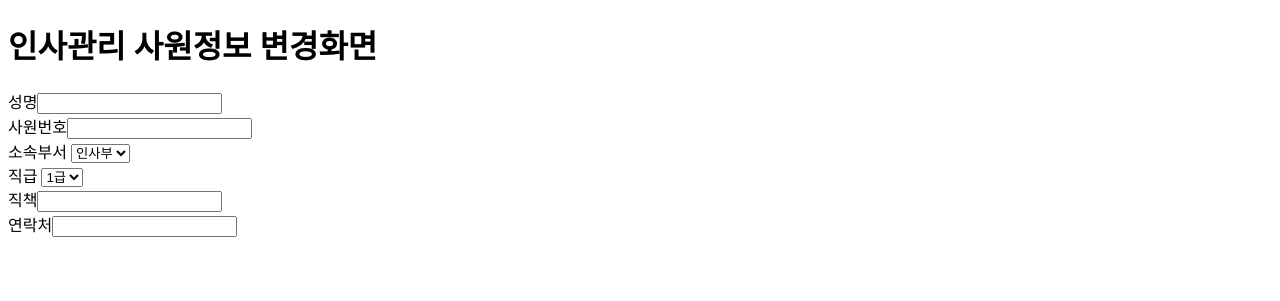
Repository: Namyunha/Oracle-Study
Page: http://localhost/test1_practice/updateMemberForm.jsp
These files come from the project's save history. The page is drawn as it stood at one moment and after the next save; the edit follows.
The browser window is 1280 px wide. The pictures show the whole page.
The page is served by Tomcat 9.

Above is the page before, as saved 2023-08-04 13:03:07.

After the next save:
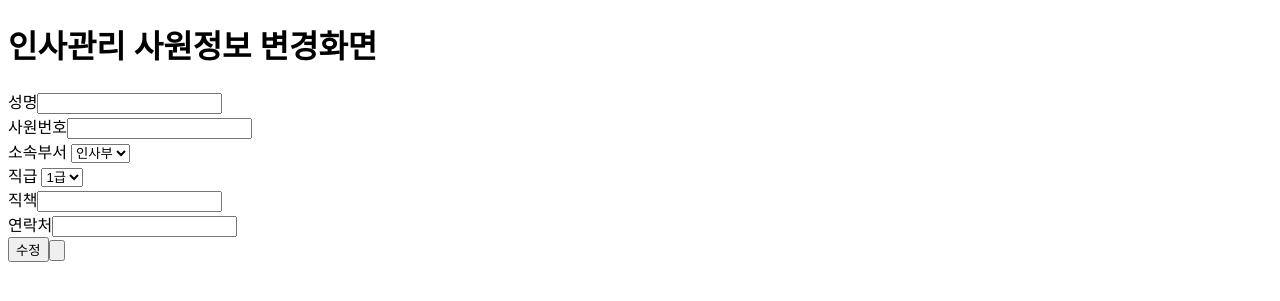
Saved 2 min 5 s later.
--- a/test1_practice/src/main/webapp/updateMemberForm.jsp
+++ b/test1_practice/src/main/webapp/updateMemberForm.jsp
@@ -29,7 +29,8 @@
 		</select>
 		<br>
 		<label for="duty">직책</label><input id="duty" name="duty" type="text"><br>
-		<label for="phone">연락처</label><input id="phone" name="phone" type="text">
+		<label for="phone">연락처</label><input id="phone" name="phone" type="text"><br>
+		<input onclick="updateMember()" type="button" value="수정"><input onclick="deleteBtn()" type="button">
 	</form>
 </body>
 </html>
